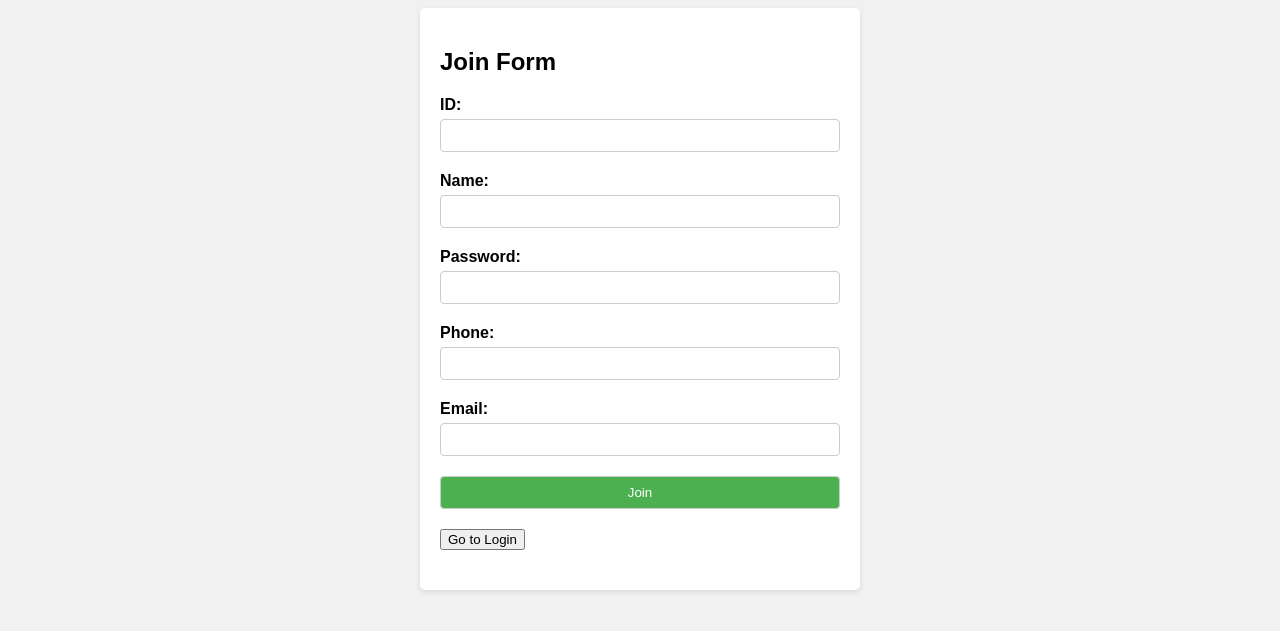
Repository: i-kemen/jsp
Page: WebTest/src/main/webapp/join.html
The author's editor kept a copy of each file at every save. The page is drawn from the files as they stood at one save, then again after the next save.
The browser window is 1280 px wide. The pictures show the whole page.

Above is the page before, as saved 2023-06-26 11:01:42.

### WebTest/src/main/webapp/join.html
<!DOCTYPE html>
<html>
<head>
    <meta charset="UTF-8">
    <title>Join Form</title>
    <style>
        body {
            font-family: Arial, sans-serif;
            background-color: #f1f1f1;
        }

        .container {
            max-width: 400px;
            margin: 0 auto;
            padding: 20px;
            background-color: #fff;
            border-radius: 5px;
            box-shadow: 0 2px 5px rgba(0, 0, 0, 0.1);
        }

        .form-group {
            margin-bottom: 20px;
        }

        .form-group label {
            display: block;
            margin-bottom: 5px;
            font-weight: bold;
        }

        .form-group input {
            width: 100%;
            padding: 8px;
            border: 1px solid #ccc;
            border-radius: 4px;
            box-sizing: border-box;
        }

        .form-group input[type="submit"] {
            background-color: #4CAF50;
            color: #fff;
            cursor: pointer;
        }

        .form-group input[type="submit"]:hover {
            background-color: #45a049;
        }

        .error-message {
            color: #ff0000;
            margin-top: 5px;
        }
    </style>
    <script>
        function validateForm() {
            var password = document.getElementById("password").value;
            var phone = document.getElementById("phone").value;
            var email = document.getElementById("email").value;
            var passwordPattern = /^(?=.*[a-zA-Z])(?=.*[0-9]).{4,}$/;
            var phonePattern = /^010-\d{4}-\d{4}$/;
            var emailPattern = /^\w+([\.-]?\w+)*@\w+([\.-]?\w+)*(\.\w{2,3})+$/;

            if (!passwordPattern.test(password)) {
                alert("비밀번호는 영문과 숫자를 혼합하여 최소 4글자 이상으로 입력해주세요.");
                return false;
            }

            if (!phonePattern.test(phone)) {
                alert("전화번호를 010-0000-0000 형식으로 입력해주세요.");
                return false;
            }

            if (!emailPattern.test(email)) {
                alert("유효한 이메일 주소를 입력해주세요.");
                return false;
            }

            return true;
        }
    </script>
</head>
<body>
    <div class="container">
        <h2>Join Form</h2>
        <form method="post" action="JoinOk" onsubmit="return validateForm()">
            <div class="form-group">
                <label for="id">ID:</label>
                <input type="text" id="id" name="id" required>
            </div>
            <div class="form-group">
                <label for="name">Name:</label>
                <input type="text" id="name" name="name" required>
            </div>
            <div class="form-group">
                <label for="password">Password:</label>
                <input type="password" id="password" name="password" required>
            </div>
            <div class="form-group">
                <label for="phone">Phone:</label>
                <input type="text" id="phone" name="phone" required>
            </div>
            <div class="form-group">
                <label for="email">Email:</label>
                <input type="email" id="email" name="email" required>
            </div>
            <div class="form-group">
                <input type="submit" value="Join">
            </div>
        </form>
        <div class="form-group">
            <button onclick="goToLoginPage()">Go to Login</button>
        </div>
    </div>
</body>
</html>

After the next save:
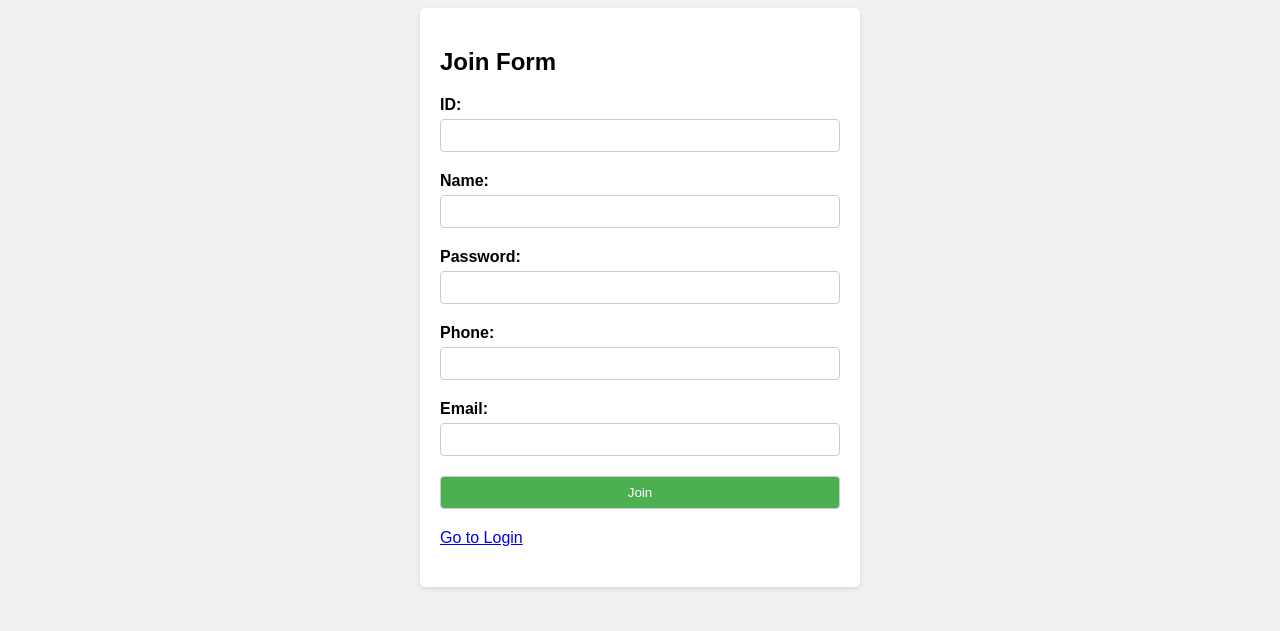
Saved 35 s later.
--- a/WebTest/src/main/webapp/join.html
+++ b/WebTest/src/main/webapp/join.html
@@ -108,7 +108,7 @@
             </div>
         </form>
         <div class="form-group">
-            <button onclick="goToLoginPage()">Go to Login</button>
+            <a href="login.html">Go to Login</a>
         </div>
     </div>
 </body>
